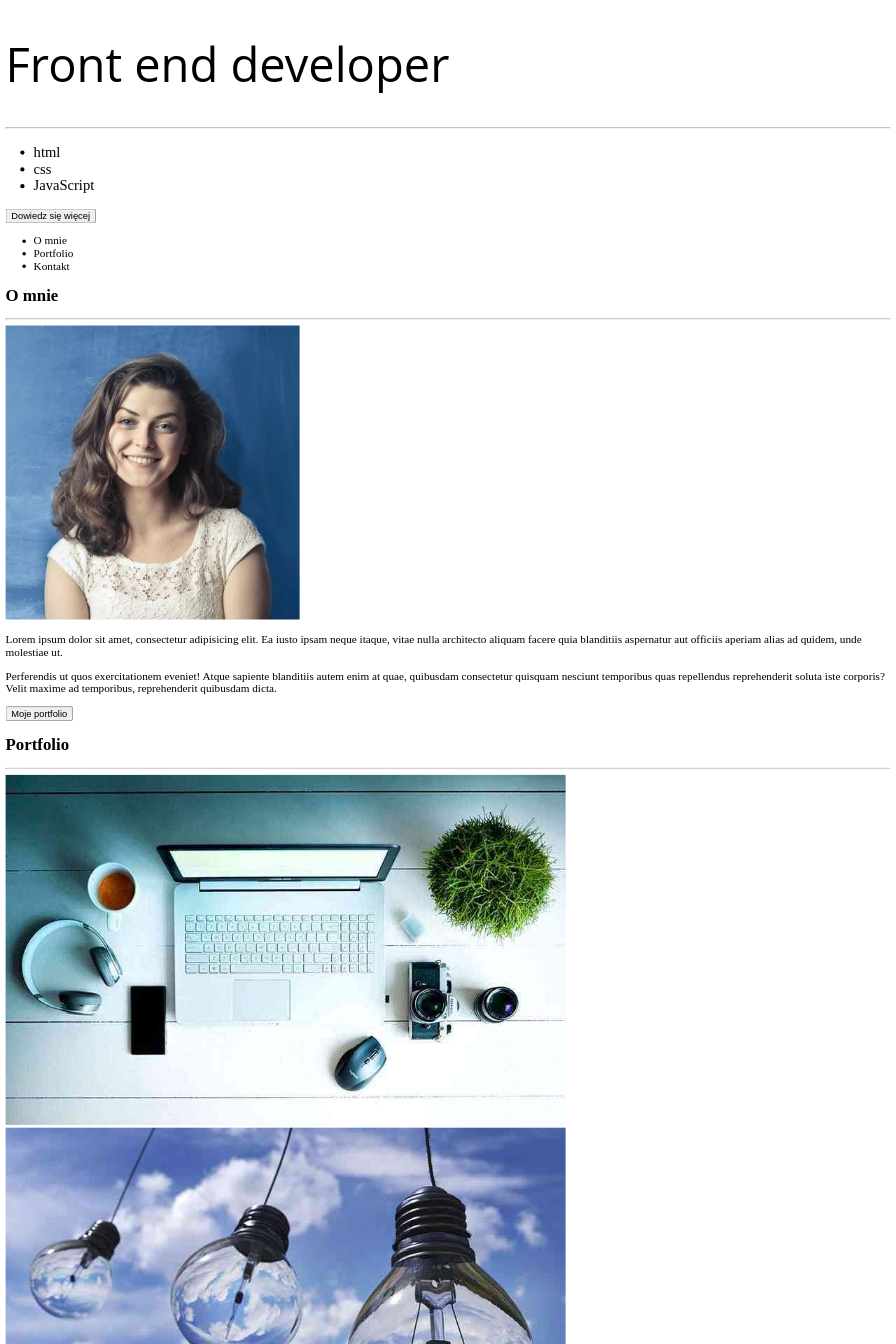
Repository: magdaf41/CSS
Page: zadanie_9/index.html
An editor plug-in stored every save of this project. The page is shown before and after the next save, followed by the edit.
The browser window is 1280 px wide. The pictures show the part of the page from y = 0 to 1920 px (the page is 7342 px tall before and 7434 px after), at 70% of full size.
Some web fonts or font styles are not loaded; a fallback is used.

Above is the page before, as saved 2020-08-24 23:22:20.

After the next save:
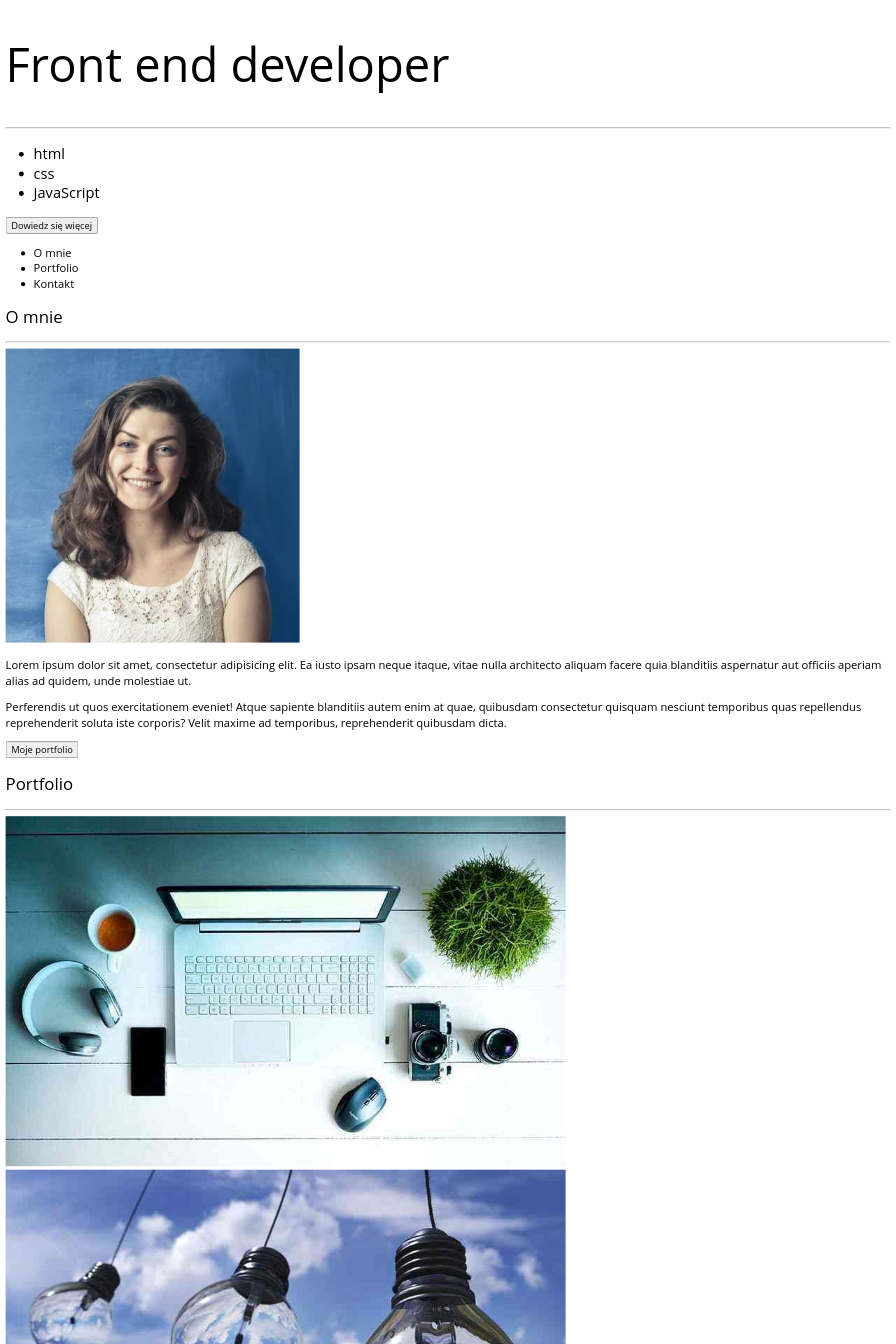
Saved 38 s later.
--- a/zadanie_9/css/style.css
+++ b/zadanie_9/css/style.css
@@ -1,5 +1,7 @@
 * {
     box-sizing: border-box;
+    font-family: 'Open Sans', sans-serif;
+        font-weight: 400;
 }
 
 hr {
@@ -8,8 +10,7 @@ hr {
 
 h1{
 
-        font-family: 'Open Sans', sans-serif;
-        font-weight: 400;
+
         font-size: 4.2em;
 
 }
